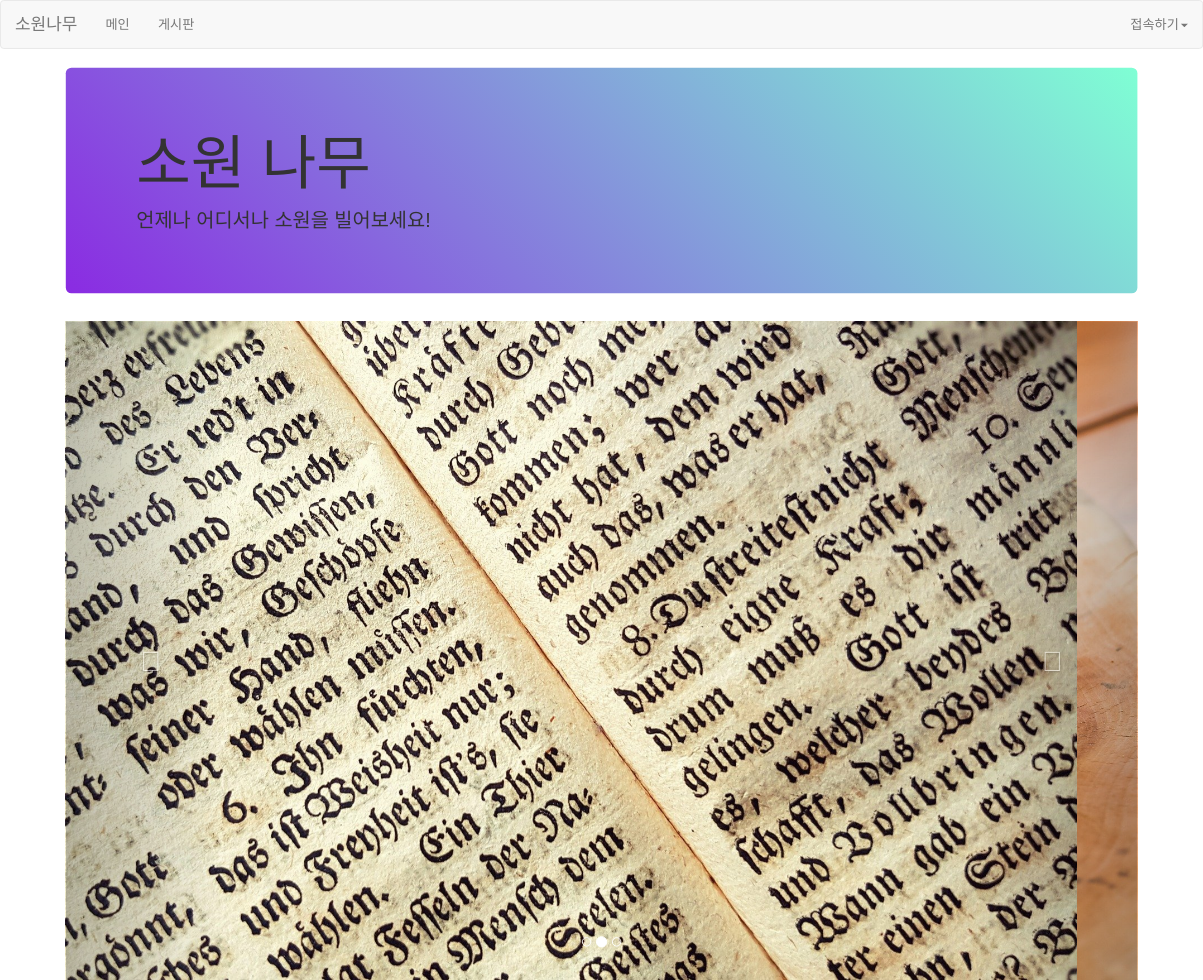
Repository: jongah/WishTree
Page: http://localhost/text/main.jsp
These files come from the project's save history. The page is drawn as it stood at one moment and after the next save; the edit follows.
The browser window is 1280 px wide. The pictures show the whole page, at 94% of full size.
Some web fonts or font styles are not loaded; a fallback is used. Some web libraries are served in a nearby version. The page is served by Tomcat 9.

Above is the page before, as saved 2021-05-05 14:47:04.

After the next save:
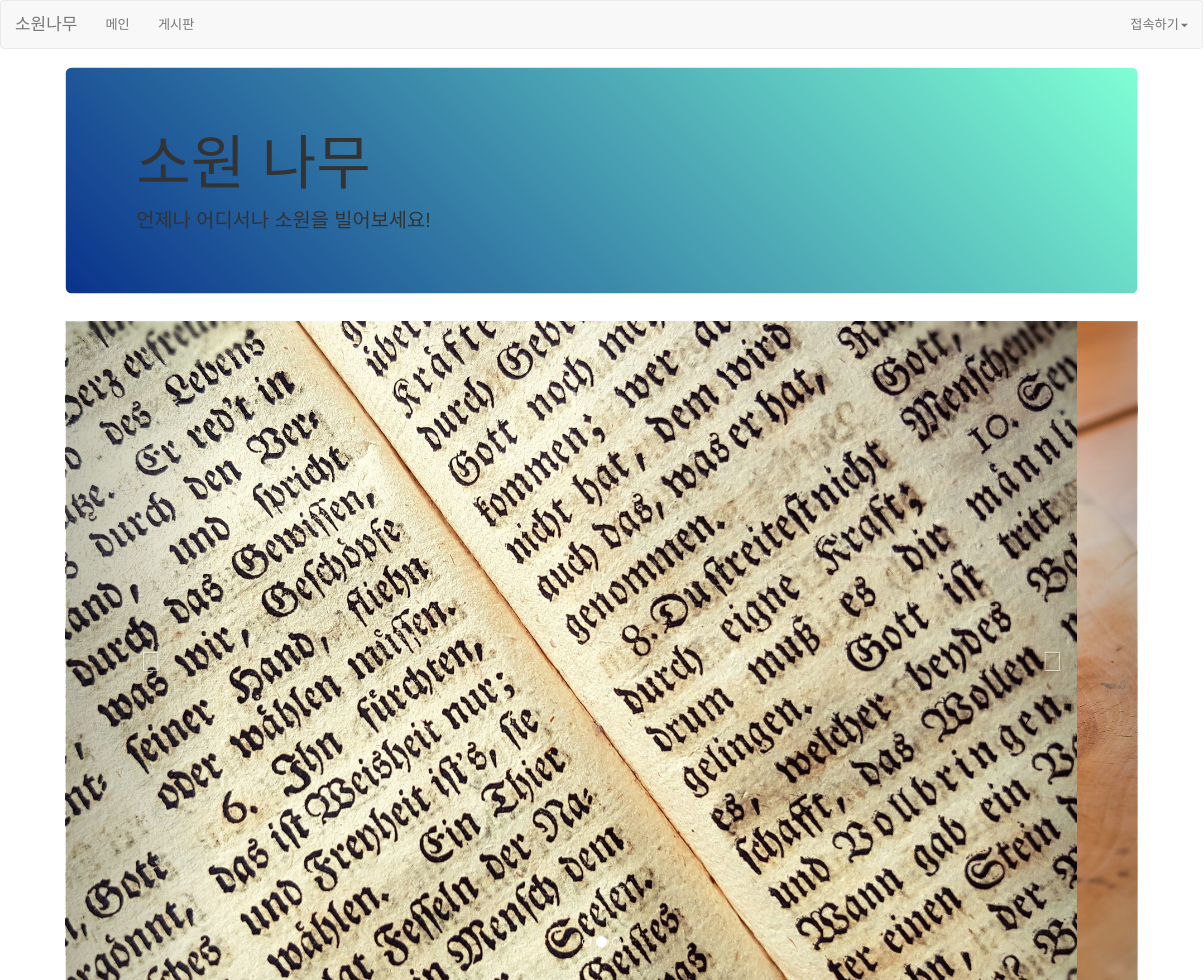
Saved 13 s later.
--- a/text/WebContent/css/custom.css
+++ b/text/WebContent/css/custom.css
@@ -8,5 +8,5 @@
 	font-family : 'Hanna', sans-serif;
 }
 .jumbotron{
-	background: linear-gradient(45deg, blueviolet, aquamarine);
+	background: linear-gradient(45deg, #0a338c, aquamarine);
 }
